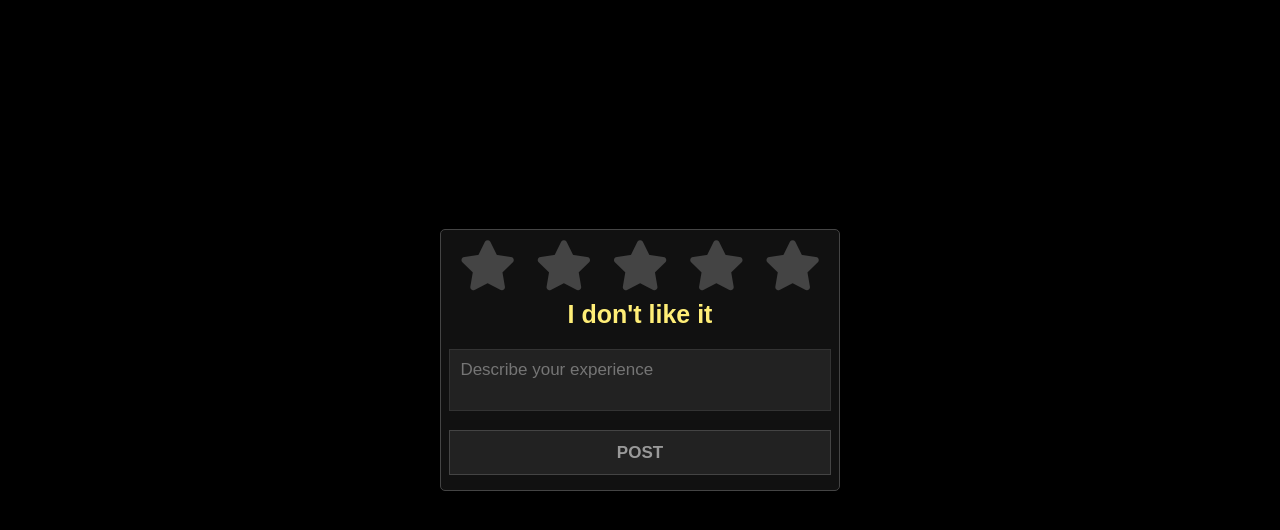
Repository: Suryansh-D/Star-Ratings
Page: index.html
These files come from the project's save history. The page is drawn as it stood at one moment and after a run of saves; the edit follows.
The browser window is 1280 px wide. The pictures show the whole page.
The pointer rests on the first visible `form .btn button`.

Above is the page before, as saved 2024-02-03 10:05:33.

After the next 3 saves:
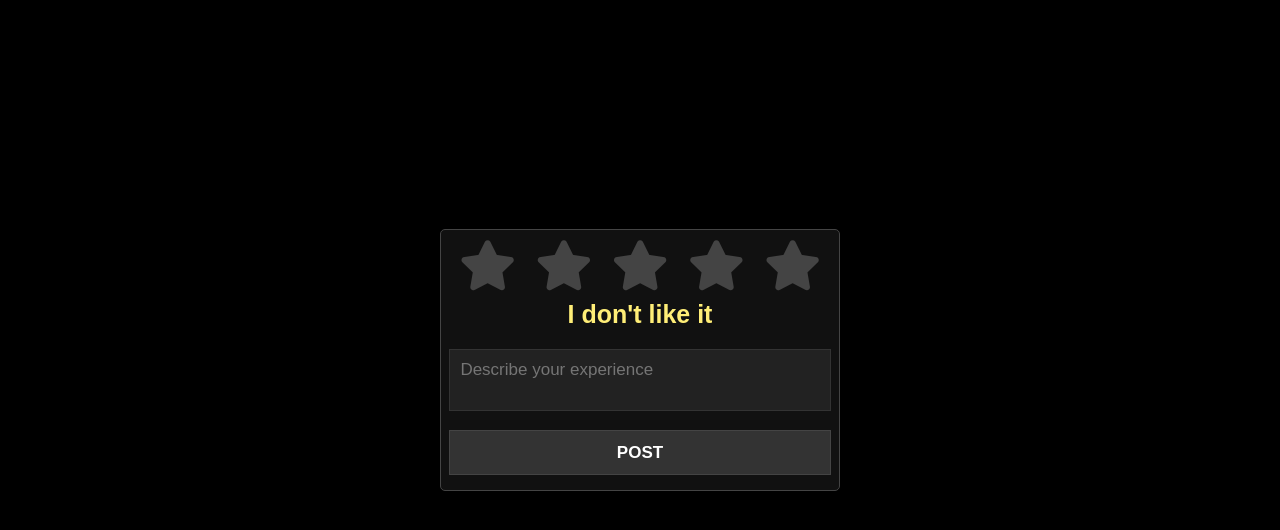
The 3 saves are shown as one change because they came seconds apart.
The last was saved 32 s later.
--- a/style.css
+++ b/style.css
@@ -91,5 +91,8 @@
     transition: all 0.2s ease;
     font-size: 17px;
     text-transform: uppercase;
-
 }
+form .btn button:hover{
+    background: #333;
+    color: #fff;
+}

After the save that followed:
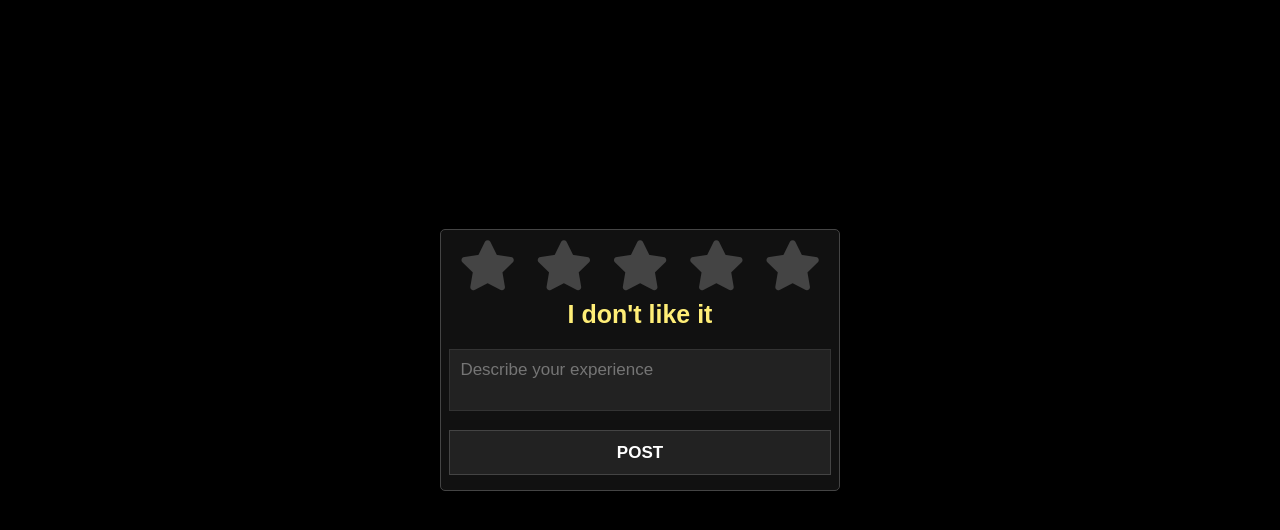
Saved 5 s later.
--- a/style.css
+++ b/style.css
@@ -93,6 +93,6 @@
     text-transform: uppercase;
 }
 form .btn button:hover{
-    background: #333;
+    background: ;
     color: #fff;
 }
